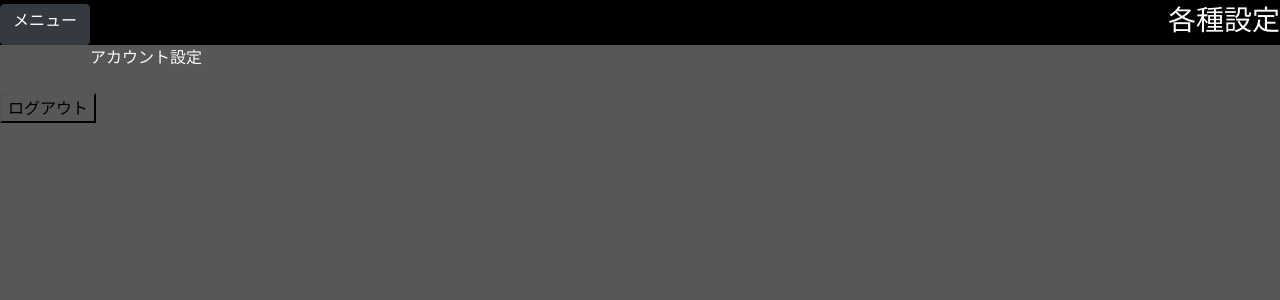
Repository: ShutaKamemura/Portfolio
Page: http://localhost/test/SetServlet
An editor plug-in stored every save of this project. The page is shown before and after the next save, followed by the edit.
The browser window is 1280 px wide. The pictures show the whole page.
Some web libraries are served in a nearby version. The page is served by Tomcat 9. Other server files are loaded and not shown.

Above is the page before, as saved 2020-06-28 20:05:48.

### test/WebContent/set.jsp
<%@ page language="java" contentType="text/html; charset=UTF-8"
    pageEncoding="UTF-8"%>
<%@ taglib prefix="c" uri="http://java.sun.com/jsp/jstl/core" %>
<!DOCTYPE html>
<html>
<head>
<meta charset="UTF-8">
<title>設定</title>
<script src="https://kit.fontawesome.com/75beac86c5.js" crossorigin="anonymous"></script>
<link rel="stylesheet" href="https://stackpath.bootstrapcdn.com/bootstrap/4.5.0/css/bootstrap.min.css" integrity="sha384-9aIt2nRpC12Uk9gS9baDl411NQApFmC26EwAOH8WgZl5MYYxFfc+NcPb1dKGj7Sk" crossorigin="anonymous">
<link href="set.css" rel="stylesheet">
</head>
<body>
<header>
<h3>各種設定</h3>
		<div class="tab" onclick="obj=document.getElementById('open').style; obj.display=(obj.display=='none')?'block':'none';">
			<button class="btn btn-dark">
			<h6 style="cursor: pointer;">メニュー</h6></button>
		</div>
		<div id="open" style="display:none;clear:both;">

			<div class="header-left">
				<div class="btn-group-vertical" role="group" aria-label="積み重ねボタングループ">

				<form action="MypageServlet" method="get">
					<button name="btn" value="home" class="btn btn-dark" style="width: 130px;">
					<i class="fas fa-home fa-fw"></i>HOME</button>
				</form>

				<form action="MypageServlet" method="get">
					<button name="btn" value="search" class="btn btn-dark" style="width: 130px;">
					<i class="fa fa-search fa-fw"></i>検索</button>
					<input type="hidden" name="selectWay" value="username">
				</form>

				<form action="MypageServlet" method="get">
					<button name="btn" value="like" class="btn btn-dark" style="width: 130px;">
					<i class="fa fa-navicon fa-fw"></i>ライブラリ</button>
				</form>

				<form action="MypageServlet" method="get">
					<button name="btn" value="set" class="btn btn-dark" style="width: 130px;">
					<i class="fas fa-cog fa-spin"></i>設定</button>
				</form>

				</div>
			</div>
		</div>
</header>
<div>
<a>アカウント設定</a>
</div>
<br>
<div>
	<form action="SetServlet" method="post">
		<button name="btn" value="logout" class="button">
		ログアウト</button>
	</form>
</div>
</body>
</html>

### test/src/controller/SetServlet.java
package controller;

import java.io.IOException;

import javax.servlet.RequestDispatcher;
import javax.servlet.ServletContext;
import javax.servlet.ServletException;
import javax.servlet.annotation.WebServlet;
import javax.servlet.http.HttpServlet;
import javax.servlet.http.HttpServletRequest;
import javax.servlet.http.HttpServletResponse;
import javax.servlet.http.HttpSession;

import dbAccess.DBAccess;

/**
 * Servlet implementation class SetServlet
 */
@WebServlet("/SetServlet")
public class SetServlet extends HttpServlet {
	private static final long serialVersionUID = 1L;
	public static DBAccess dbAccess;
	/**
	 * @see HttpServlet#doGet(HttpServletRequest request, HttpServletResponse response)
	 */
	protected void doGet(HttpServletRequest request, HttpServletResponse response) throws ServletException, IOException {
		ServletContext context = getServletContext();
		RequestDispatcher dis = context.getRequestDispatcher("/set.jsp");
		dis.forward(request, response);


	}

	/**
	 * @see HttpServlet#doPost(HttpServletRequest request, HttpServletResponse response)
	 */
	protected void doPost(HttpServletRequest request, HttpServletResponse response) throws ServletException, IOException {

		String btn = request.getParameter("btn");

		if(btn.equals("logout")) {

			HttpSession session = request.getSession();
			if(session != null) session.invalidate();
			request.setAttribute("message2", "ログアウトしました");

			ServletContext context = getServletContext();
			RequestDispatcher dis = context.getRequestDispatcher("/mypageTop.jsp");
			dis.forward(request, response);
		}
	}

}

### test/WebContent/set.css
@charset "UTF-8";

body{
	background: #575757;
	color: #fafafa;
}

header {
	height: 45px;
	width: 100%;
	padding-top: 4px;
	background: #000000;
}

header h3 {
	float: right;
	text-align: center;
}

.btn {
	float:left;
}

.form-control {
	background: #575757;
}

.button {
	background: #575757;
}

After the next save:
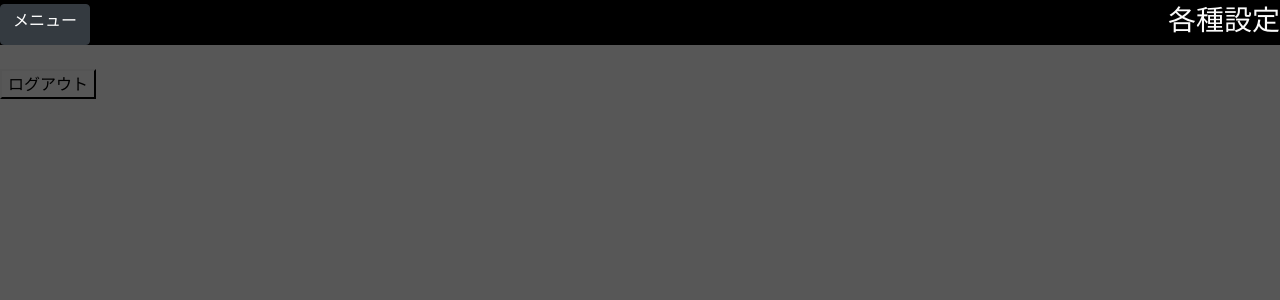
Saved 5 h 26 min later.
--- a/test/WebContent/set.jsp
+++ b/test/WebContent/set.jsp
@@ -47,9 +47,7 @@
 			</div>
 		</div>
 </header>
-<div>
-<a>アカウント設定</a>
-</div>
+
 <br>
 <div>
 	<form action="SetServlet" method="post">
